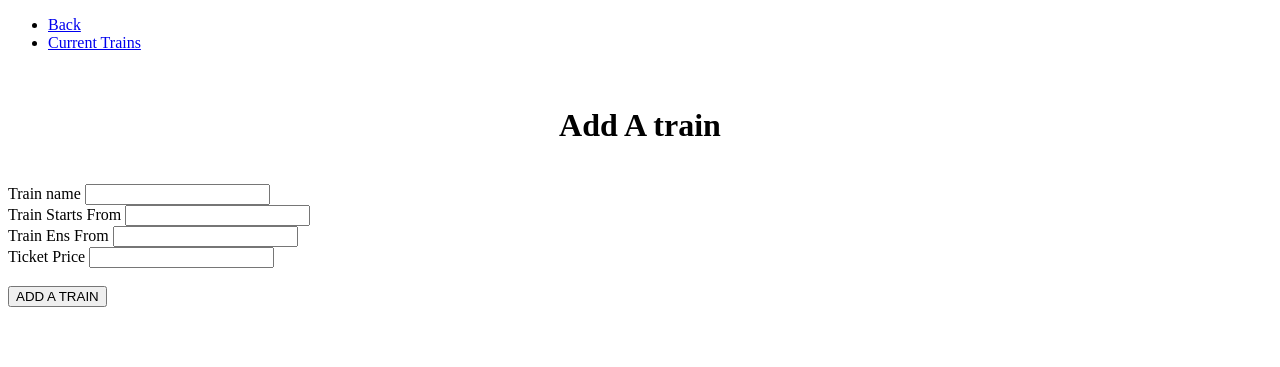
Repository: SachinUthpala/Railway-Reservation
Page: http://localhost/Railway/Admin/UpdateTrains/Update_train_details.jsp
These files come from the project's save history. The page is drawn as it stood at one moment and after the next save; the edit follows.
The browser window is 1280 px wide. The pictures show the whole page.
The page is served by Tomcat 9. Other server files are loaded and not shown.

Above is the page before, as saved 2023-05-21 11:33:54.

### Railway/src/main/webapp/Admin/UpdateTrains/Update_train_details.jsp
<%@ page language="java" contentType="text/html; charset=UTF-8"
    pageEncoding="UTF-8"%>
<!DOCTYPE html>
<html>
<head>
<meta charset="UTF-8">
<title>Insert title here</title>
</head>
<body>

	<nav class="navbar navbar-expand-lg bg-body-tertiary">
			  <div class="container-fluid">
			    <div class="collapse navbar-collapse" id="navbarSupportedContent">
			      <ul class="navbar-nav me-auto mb-2 mb-lg-0">
			        <li class="nav-item">
			          <a class="nav-link active" aria-current="page" href="updateTrains.jsp">Back</a>
			        </li>

			        <li class="nav-item">
			          <a class="nav-link active" aria-current="page" href="../../Cur_train_sev">Current Trains</a>
			        </li>
			      </ul>
			    </div>
			  </div>
			</nav>
			<br>

    <h1><center>Add A train</center></h1>
    <br>
    <form method="post" action="">
        <div >
          <label for="exampleInputEmail1">Train name</label>
          <input type="text" class="form-control"  name="name">
        </div>
        <div class="form-group">
          <label >Train Starts From</label>
          <input type="text" class="form-control" name = "from" >
        </div>
        <div class="form-group">
            <label >Train Ens From</label>
            <input type="text" class="form-control"  name= "to">
          </div>
          <div class="form-group">
            <label>Ticket Price</label>
            <input type="text" class="form-control"  name = "price">
          </div>
          <br>
        <button type="submit" class="btn btn-primary">ADD A TRAIN</button>
      </form>
      <br><br>

</body>
</html>

After the next save:
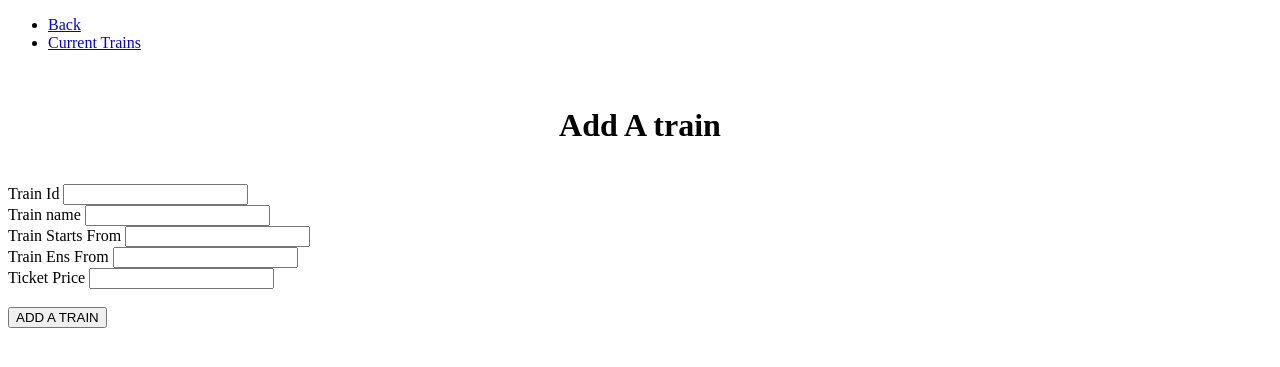
Saved 113 s later.
--- a/Railway/src/main/webapp/Admin/UpdateTrains/Update_train_details.jsp
+++ b/Railway/src/main/webapp/Admin/UpdateTrains/Update_train_details.jsp
@@ -28,6 +28,11 @@
     <h1><center>Add A train</center></h1>
     <br>
     <form method="post" action="">
+
+    	<div >
+          <label for="exampleInputEmail1">Train Id</label>
+          <input type="text" class="form-control"  name="name" id="result">
+        </div>
         <div >
           <label for="exampleInputEmail1">Train name</label>
           <input type="text" class="form-control"  name="name">
@@ -49,5 +54,9 @@
       </form>
       <br><br>
 
+      <script type="text/javascript">
+
+      </script>
+
 </body>
 </html>
